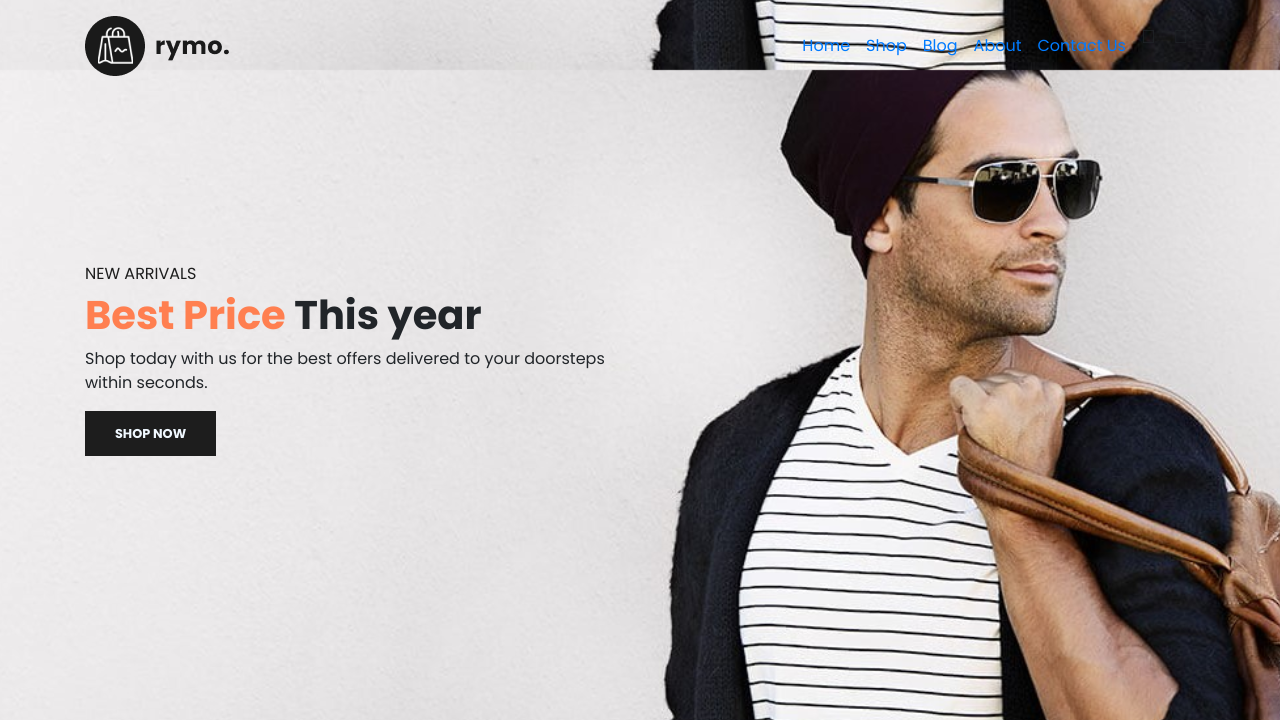
Repository: peter417waweru/e-commerce-UI
Page: index.html
These files come from the project's save history. The page is drawn as it stood at one moment and after the next save; the edit follows.
The browser window is 1280 px wide. The pictures show the whole page.
Some web libraries are served in a nearby version.

Above is the page before, as saved 2025-02-07 19:33:38.

After the next save:
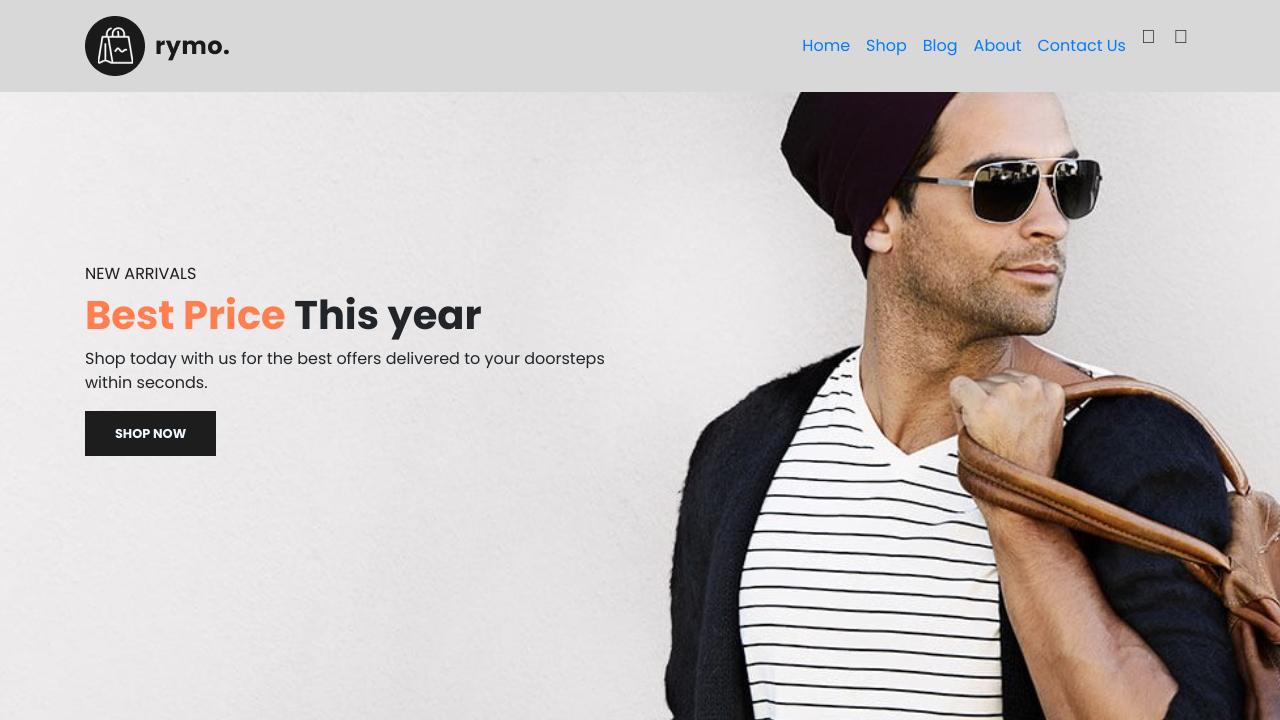
Saved 52 s later.
--- a/style.css
+++ b/style.css
@@ -64,6 +64,7 @@ hr {
 
 .navbar {
   font-size: 16px;
+  background-color: #d8d8d8;
   top: 0;
   left: 0;
 }
